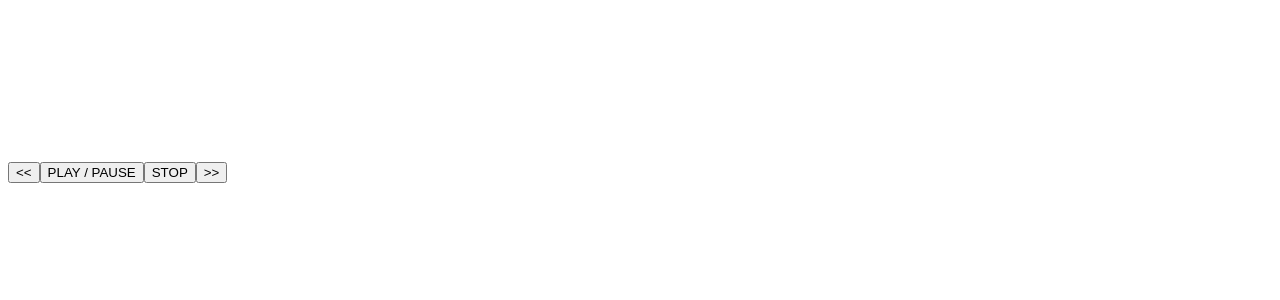
Repository: LuisMiLR/My-Media-Player-JS
Page: index.html
These files come from the project's save history. The page is drawn as it stood at one moment and after the next save; the edit follows.
The browser window is 1280 px wide. The pictures show the whole page.

Above is the page before, as saved 2023-03-23 01:32:17.

After the next save:
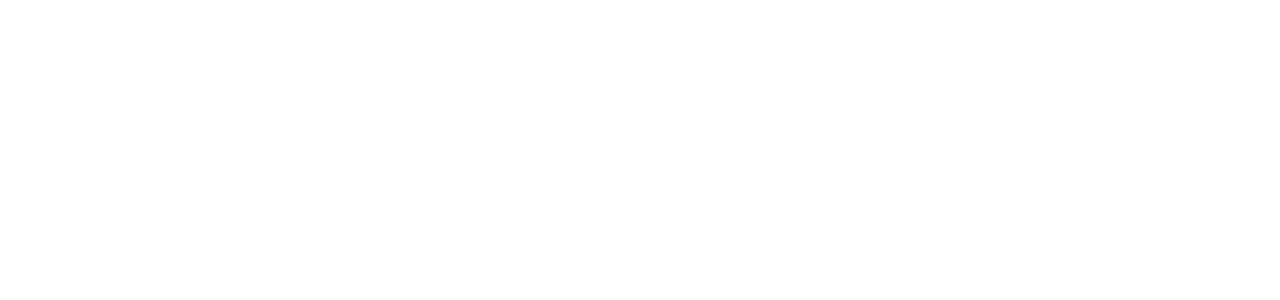
Console error: SyntaxError: Unexpected end of input
Saved 6 s later.
--- a/app.js
+++ b/app.js
@@ -51,4 +51,4 @@
 buttons.appendChild(fwdBtn);
 
 const muteBtn = document.createElement('mute');
-muteBtn.Btn
+muteBtn.

After the save that followed:
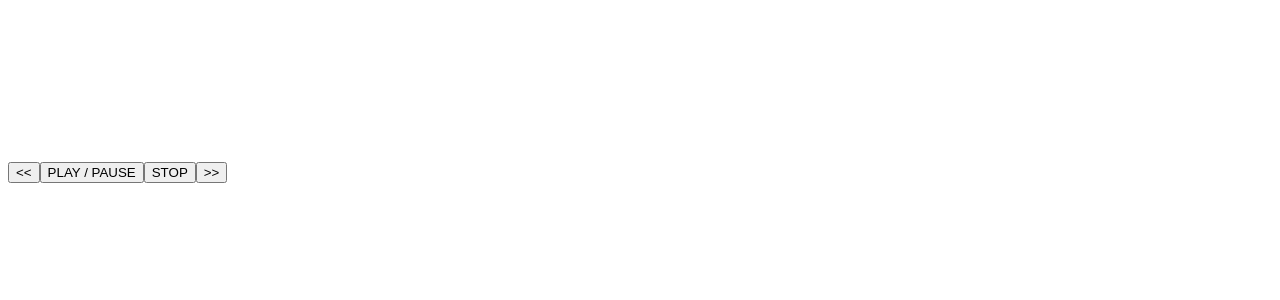
The error is gone.
Saved 4 s later.
--- a/app.js
+++ b/app.js
@@ -51,4 +51,4 @@
 buttons.appendChild(fwdBtn);
 
 const muteBtn = document.createElement('mute');
-muteBtn.
+muteBtn.id
